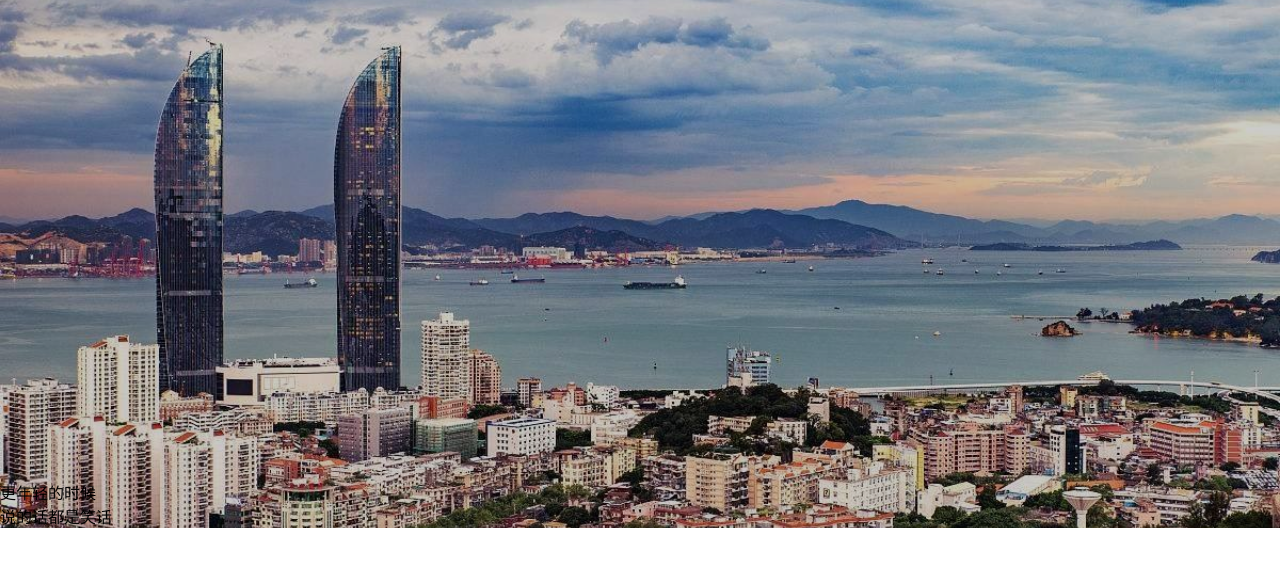
Repository: airsky0605/airsky0605.github.io
Page: index.html
These files come from the project's save history. The page is drawn as it stood at one moment and after the next save; the edit follows.
The browser window is 1280 px wide. The pictures show the whole page.

Above is the page before, as saved 2020-04-09 17:46:23.

After the next save:
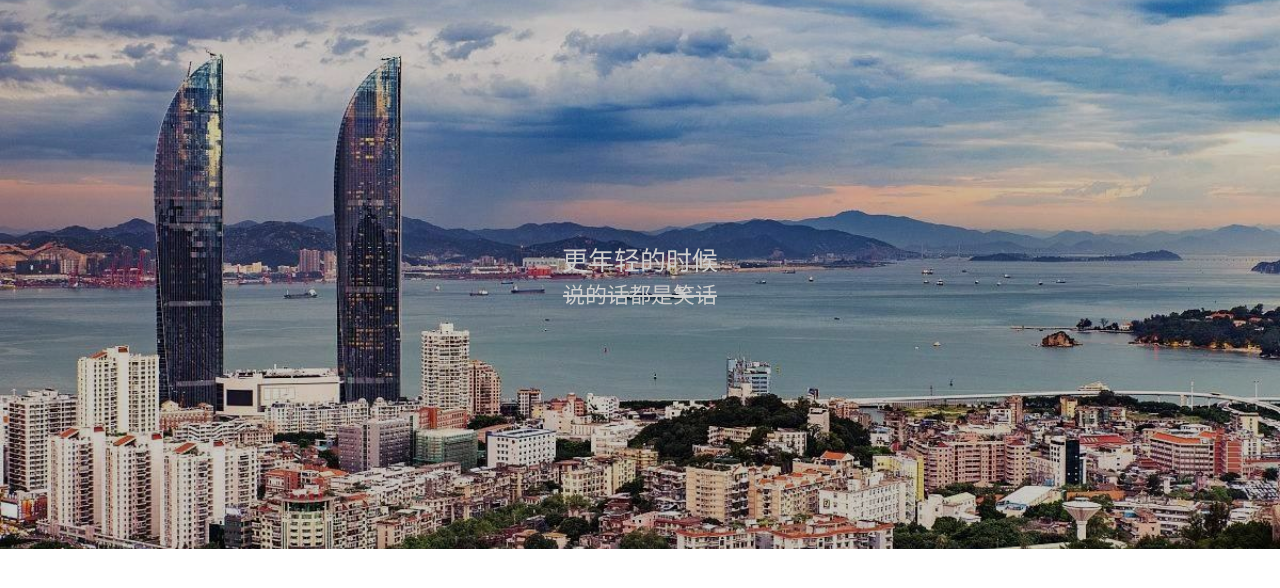
Saved 3 s later.
--- a/index.html
+++ b/index.html
@@ -10,10 +10,10 @@
 </head>
 <body>
   <div class="banner">
-    <p class="inner">
+    <div class="inner">
       <p class="t1">更年轻的时候</p>
       <p class="t2">说的话都是笑话</p>
-    </p>
+    </div>
   </div>
 </body>
 </html>
